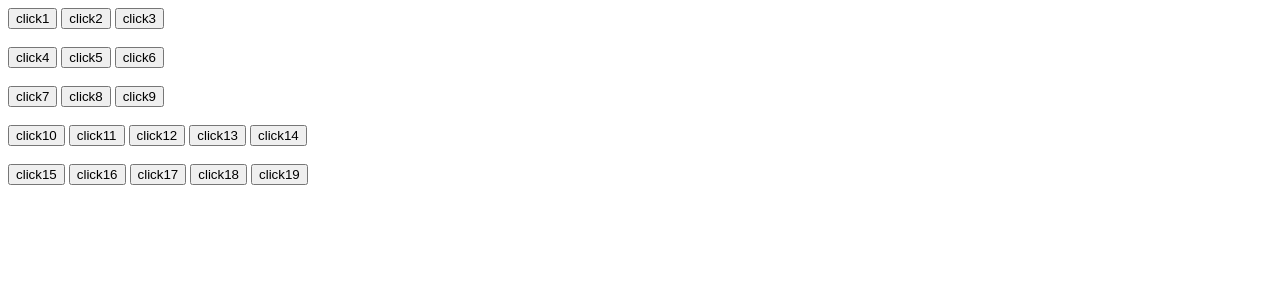
Repository: mirror-neuron/JsonStudy
Page: JsonApp01/WebContent/JsonTest10.html
An editor plug-in stored every save of this project. The page is shown before and after a run of saves, followed by the edit.
The browser window is 1280 px wide. The pictures show the whole page.

Above is the page before, as saved 2019-05-31 07:05:46.

### JsonApp01/WebContent/JsonTest10.html
<script type="text/javascript">

	/* 배열[]은 객체다 */
	var obj6 =
	[
		"test"
	]

	var obj6_1 =
	[
		"test1", "test2"
	]

	var obj6_2 =
	[
		"test1", "test2", 123, 123+1/* → 124(요소 자체가 숫자타입으로 취급됨) */
	]

	<!-- 자바스크립트 쪽에서 운영되는 데이터는 숫자형이든 문자형이든 시각적으로 똑같이 확인됨  -->

</script>

<form>

	<input type="button" value="click1" onclick="alert(obj6)"/>
	<!-- test -->
	<input type="button" value="click2" onclick="alert(obj6_1)"/>
	<!-- test1, test2 -->
	<input type="button" value="click3" onclick="alert(obj6_2)"/>
	<!-- test1, test2, 123, 124 -->
	<br><br>

	<input type="button" value="click4" onclick="alert(typeof obj6)"/>
	<!-- object -->
	<input type="button" value="click5" onclick="alert(typeof obj6_1)"/>
	<!-- object -->
	<input type="button" value="click6" onclick="alert(typeof obj6_2)"/>
	<!-- object -->

	<br><br>

	<input type="button" value="click7" onclick="alert(obj6[0])"/>
	<!-- test -->
	<input type="button" value="click8" onclick="alert(typeof obj6[0])"/>
	<!-- string -->
	<input type="button" value="click9" onclick="alert(typeof obj6[1])"/>
	<!-- undefined -->

	<br><br>

	<input type="button" value="click10" onclick="alert(obj6_1[0])" />
	<!-- test1 -->
	<input type="button" value="click11" onclick="alert(obj6_1[1])" />
	<!-- test2 -->
	<input type="button" value="click12" onclick="alert(typeof obj6_1[0])" />
	<!-- string -->
	<input type="button" value="click13" onclick="alert(typeof obj6_1[1])" />
	<!-- string -->
	<input type="button" value="click14" onclick="alert(obj6_1[0] + obj6_1[1])" />
	<!-- test1 test2 -->

	<br><br>
	<input type="button" value="click15" onclick="alert(obj6_2[1] )" />
	<!-- test2 -->
	<input type="button" value="click16" onclick="alert(obj6_2[2] )" />
	<!-- 123 -->
	<input type="button" value="click17" onclick="alert(typeof obj6_2[1] )" />
	<!-- string -->
	<input type="button" value="click18" onclick="alert(typeof obj6_2[2] )" />
	<!-- number -->
	<input type="button" value="click19" onclick="alert(obj6_2[1] + obj6_2[2] )" />
	<!-- test2123 -->

</form>

After the next 2 saves:
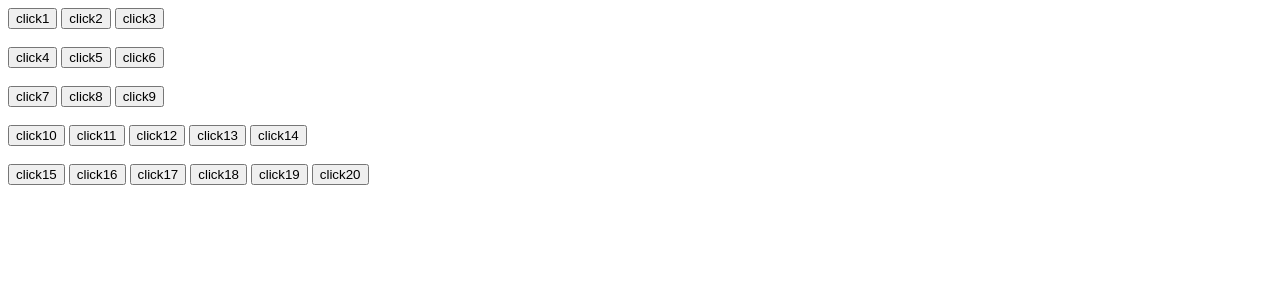
The 2 saves are shown as one change because they came seconds apart.
The last was saved 14 s later.
--- a/JsonApp01/WebContent/JsonTest10.html
+++ b/JsonApp01/WebContent/JsonTest10.html
@@ -70,5 +70,6 @@
 	<!-- number -->
 	<input type="button" value="click19" onclick="alert(obj6_2[1] + obj6_2[2] )" />
 	<!-- test2123 -->
+	<input type="button" value="click20" onclick="alert(obj6_2[2] + obj6_2[3] )" />
 
 </form>
